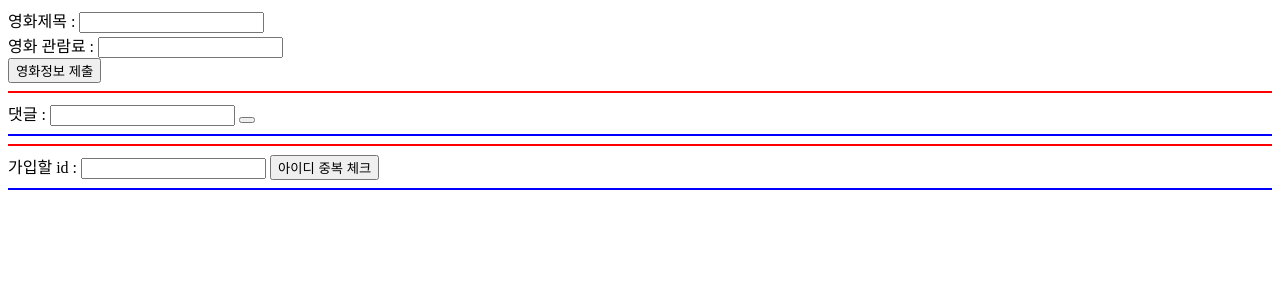
Repository: songhyeonjun/java
Page: http://localhost/spring05/ajax4.jsp
The author's editor kept a copy of each file at every save. The page is drawn from the files as they stood at one save, then again after the next save.
The browser window is 1280 px wide. The pictures show the whole page.
The page is served by Tomcat 9. Other server files are loaded and not shown.

Above is the page before, as saved 2022-02-18 03:46:28.

### spring05/src/main/webapp/ajax4.jsp
<%@ page language="java" contentType="text/html; charset=UTF-8"
    pageEncoding="UTF-8"%>
<!DOCTYPE html>
<html>
<head>
<meta charset="UTF-8">
<title>Insert title here</title>
<script src="https://code.jquery.com/jquery-3.6.0.js"></script>
<script>
$(function() { // dom(document object model)
	// body dom tree로 ram에 읽어들인 후,
	// function을 실행 익명함수
	$('#b1').click(function() {
		$.ajax({
			url : "movie",
			data : {
				title : $('#title').val(),
				price : $('#price').val()
			},
			success : function(result) {
				alert(result);
				$('#d2').html(result);
			},
			error : function() {
				alert('ajax실패@@')
			}
		});
	});
});
</script>
</head>
<body>
	영화제목 : <input type="text" name="title" id="title"><br>
	영화 관람료 : <input type="text" name="price" id="price"><br>
	<button type="submit" id="b1">영화정보 제출</button>

	<hr color="red">
	댓글 : <input type="text" name="reply" id="reply">
	<button id="b2"></button>
	<hr color="blue">
	<div id="d1"></div>

	<hr color="red">
	가입할 id : <input type="text" id="id">
	<button id="b3">아이디 중복 체크</button>
	<hr color="blue">
	<div id="d2"></div>
</body>
</html>

After the next save:
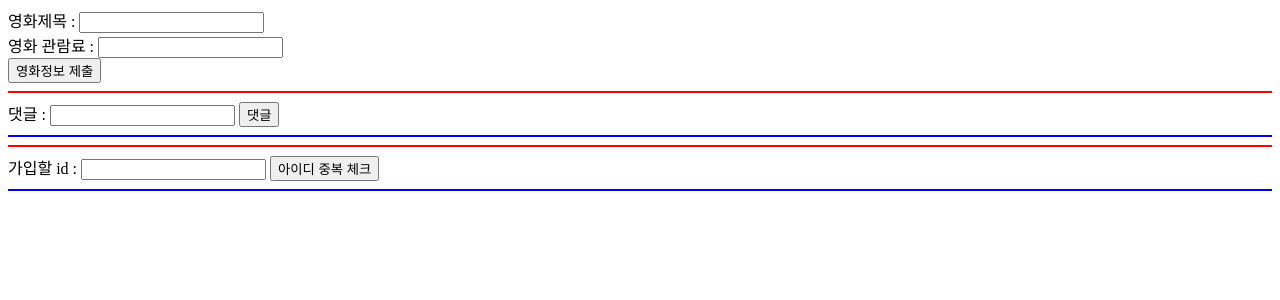
Saved 52 s later.
--- a/spring05/src/main/webapp/ajax4.jsp
+++ b/spring05/src/main/webapp/ajax4.jsp
@@ -36,7 +36,7 @@ $(function() { // dom(document object model)
 
 	<hr color="red">
 	댓글 : <input type="text" name="reply" id="reply">
-	<button id="b2"></button>
+	<button id="b2">댓글</button>
 	<hr color="blue">
 	<div id="d1"></div>
 
